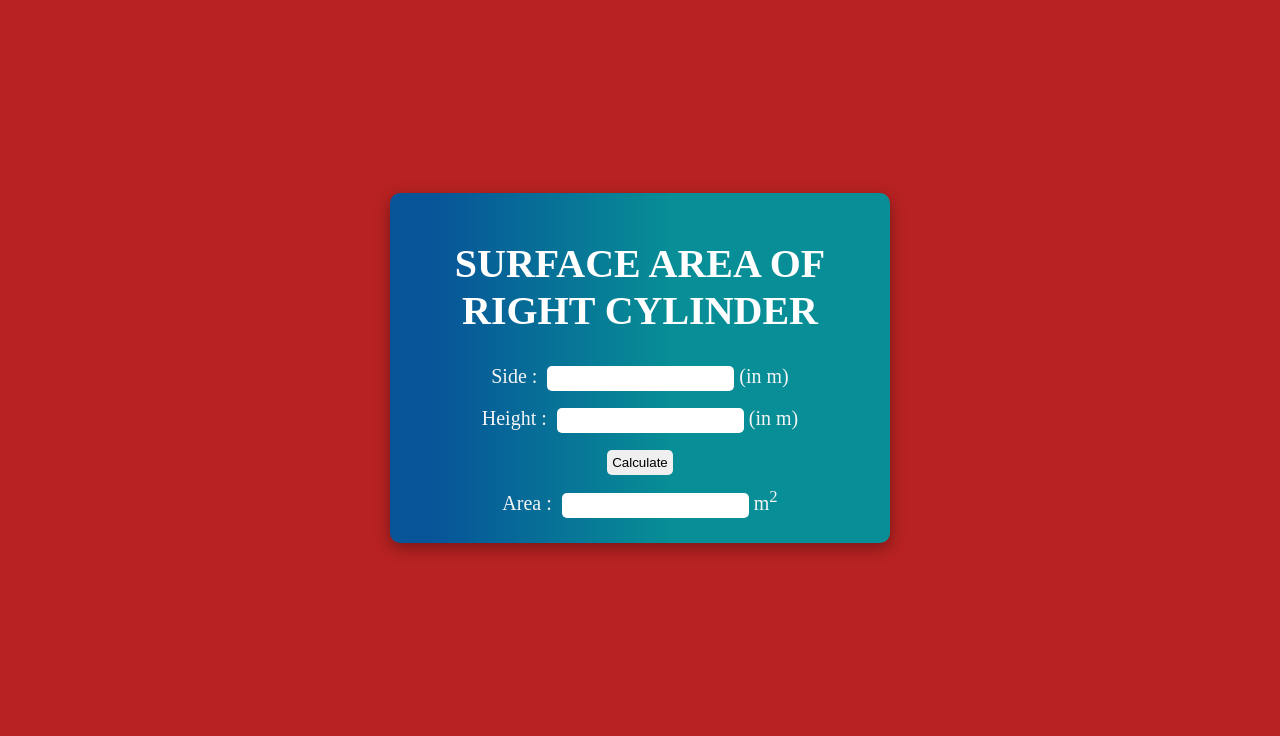
Repository: Oviya24032K6/MathServer
Page: oviya/mathapp/templates/mathapp/maths.html
These files come from the project's save history. The page is drawn as it stood at one moment and after the next save; the edit follows.
The browser window is 1280 px wide. The pictures show the whole page.
The template is drawn by Django 5.2. The application's start-up code is not run. Other server files are loaded and not shown. The template is opened directly, without the code that normally fills it, so the values that code supplies are empty.

Above is the page before, as saved 2024-04-01 14:16:53.

### oviya/mathapp/templates/mathapp/maths.html
<html>
    <head>
        <meta charset='utf-8'>
        <meta http-equiv='X-UA-Compatible' content='IE=edge'>
        <title>SURFACEAREA OF RIGHT CYLIDER</title>
        <meta name='viewport' content='width=device-width, initial-scale=1'>
        <style type="text/css">
            body {
                background-color:rgb(184, 34, 34);
            }

            .edge {
                display: flex;
                height: 100vh;
                width: 100%;
                justify-content: center;
                align-items: center;
            }

            .box {
                display: block;
                width: 500px;
                min-height: 300px;
                font-size: 20px;
                background: rgb(7,85,152);
                background: linear-gradient(90deg, rgba(7,85,152,1) 9%, rgba(7,142,150,1) 56%);
                border-radius: 10px;
                box-shadow: rgba(0, 0, 0, 0.35) 0px 5px 15px;
            }

            .formelt {
                color: whitesmoke;
                text-align: center;
                margin-top: 7px;
                margin-bottom: 6px;
            }

            h1 {
                color: white;
                text-align: center;
                padding-top: 20px;
            }
            input{
                margin: 5px;
                padding: 5px;
                border-radius: 5px;
                border: none;

            }
        </style>
<body>
    <div class="edge">
        <div class="box">
            <h1>SURFACE AREA OF RIGHT CYLINDER</h1>
            <form method="POST">
                {% csrf_token %}
                <div class="formelt">
                    Side : <input type="text" name="radius" value="{{r}}"></input>(in m)<br />
                </div>
                <div class="formelt">
                    Height : <input type="text" name="height" value="{{h}}"></input>(in m)<br />
                </div>
                <div class="formelt">
                    <input type="submit" value="Calculate"></input><br />
                </div>
                <div class="formelt">
                    Area : <input type="text" name="area" value="{{area}}"></input>m<sup>2</sup><br />
                </div>
            </form>
        </div>
    </div>
</body>
</head>
</html>

After the next save:
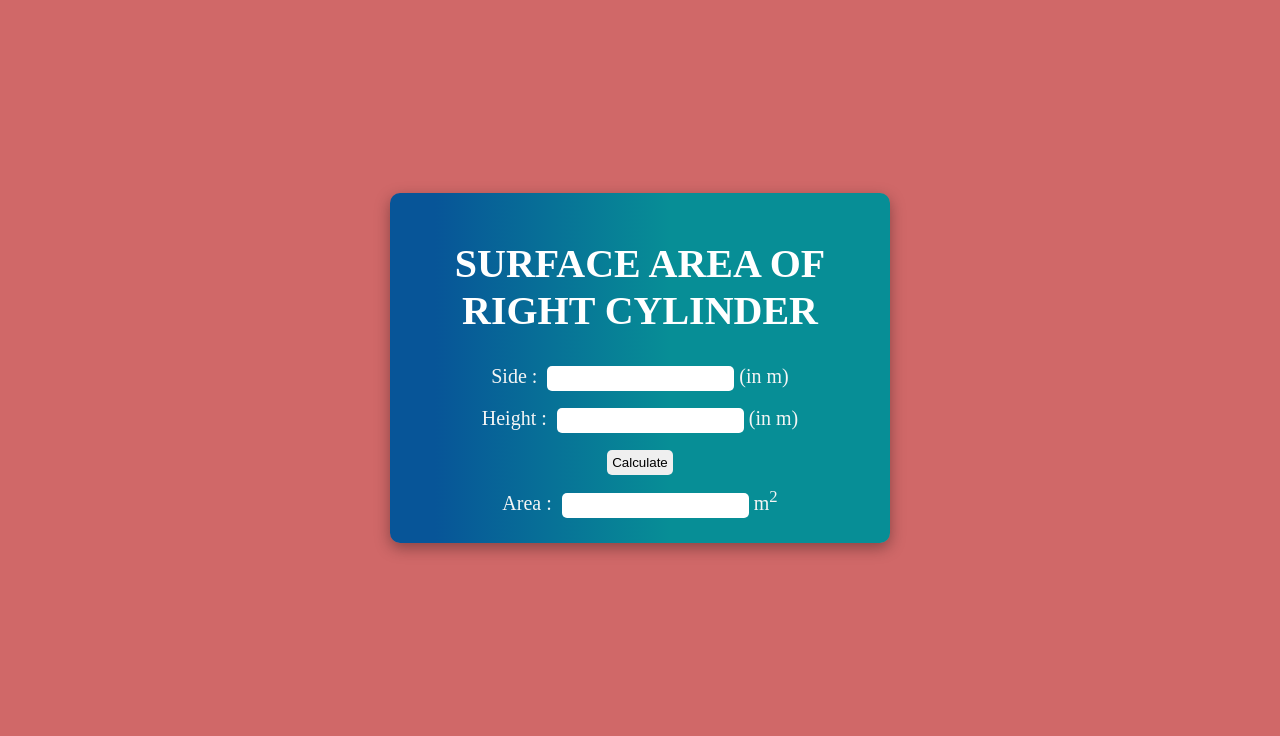
Saved 27 s later.
--- a/oviya/mathapp/templates/mathapp/maths.html
+++ b/oviya/mathapp/templates/mathapp/maths.html
@@ -6,7 +6,7 @@
         <meta name='viewport' content='width=device-width, initial-scale=1'>
         <style type="text/css">
             body {
-                background-color:rgb(184, 34, 34);
+                background-color:rgb(208, 104, 104);
             }
 
             .edge {
